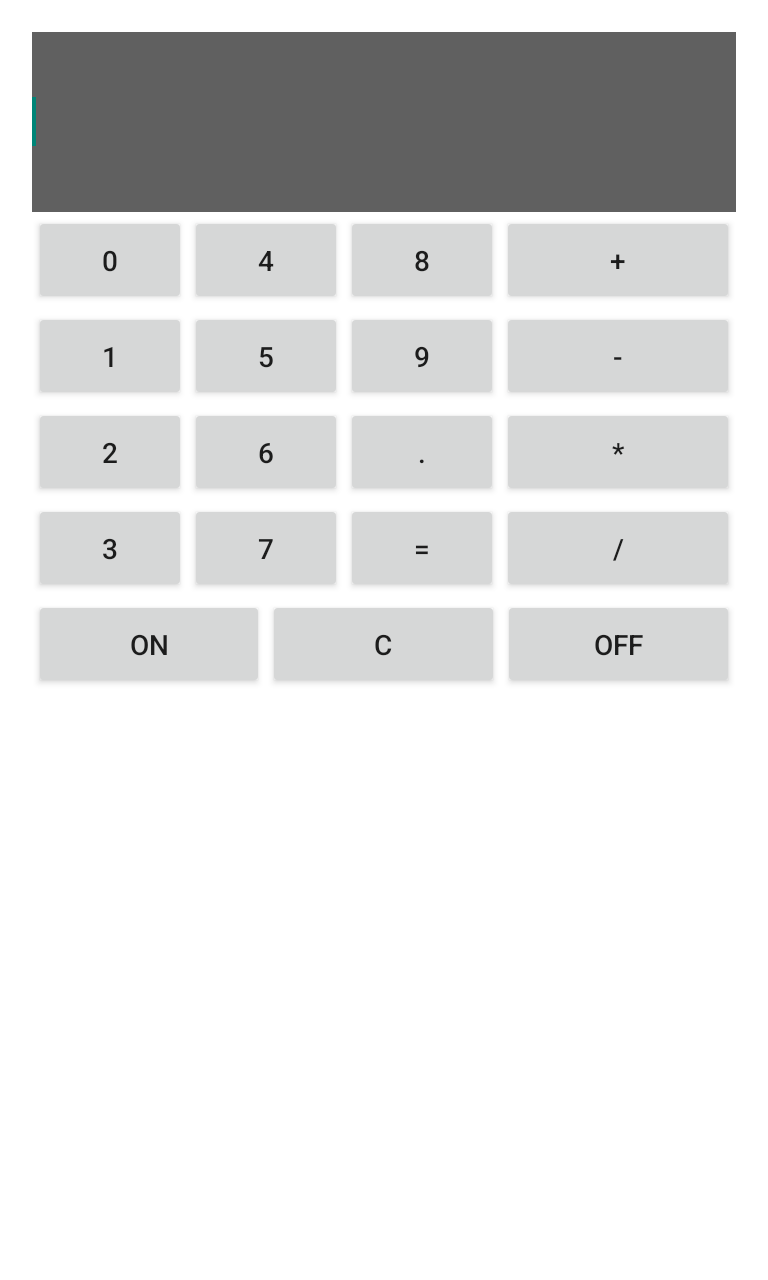
Repository: roopasree/new-pgm
Layout: Newapp/res/layout/ctivity3_main.xml
An editor plug-in stored every save of this project. The layout is shown before and after the next save, followed by the edit.
It is drawn on a 768 x 1280 px phone screen (xhdpi) without system bars, with theme AppTheme; the app's code is not run.

Above is the layout before, as saved 2015-02-16 06:55:05.

### Newapp/res/layout/ctivity3_main.xml
<RelativeLayout xmlns:android="http://schemas.android.com/apk/res/android"
    xmlns:tools="http://schemas.android.com/tools"
    android:layout_width="match_parent"
    android:layout_height="match_parent"
    android:background="#ffffff"
    android:paddingBottom="@dimen/activity_vertical_margin"
    android:paddingLeft="@dimen/activity_horizontal_margin"
    android:paddingRight="@dimen/activity_horizontal_margin"
    android:paddingTop="@dimen/activity_vertical_margin"
    tools:context="com.example.newapp.MainActivity" >

    <EditText
        android:id="@+id/editText1"
        android:layout_width="match_parent"
        android:layout_height="90dp"
        android:background="#606060"
        android:ems="10" >

        <requestFocus />
    </EditText>

    <LinearLayout
        android:id="@+id/linearLayout1"
        android:layout_width="match_parent"
        android:layout_height="wrap_content"
        android:layout_alignLeft="@+id/editText1"
        android:layout_below="@+id/editText1"
        android:weightSum="4.0" >

        <LinearLayout
            android:layout_width="wrap_content"
            android:layout_height="match_parent"
            android:layout_weight="1.0"
            android:orientation="vertical"
            android:weightSum="4.0" >

            <Button
                android:id="@+id/button1"
                style="?android:attr/buttonStyleSmall"
                android:layout_width="match_parent"
                android:layout_height="wrap_content"
                android:layout_weight="1.0"
                android:text="0" />

            <Button
                android:id="@+id/button2"
                style="?android:attr/buttonStyleSmall"
                android:layout_width="match_parent"
                android:layout_height="wrap_content"
                android:layout_weight="1.0"
                android:text="1" />

            <Button
                android:id="@+id/button3"
                style="?android:attr/buttonStyleSmall"
                android:layout_width="match_parent"
                android:layout_height="wrap_content"
                android:layout_weight="1.0"
                android:text="2" />

            <Button
                android:id="@+id/button4"
                style="?android:attr/buttonStyleSmall"
                android:layout_width="match_parent"
                android:layout_height="wrap_content"
                android:layout_weight="1.0"
                android:text="3" />
        </LinearLayout>

        <LinearLayout
            android:layout_width="wrap_content"
            android:layout_height="match_parent"
            android:layout_weight="1.0"
            android:orientation="vertical"
            android:weightSum="4.0" >

            <Button
                android:id="@+id/button5"
                style="?android:attr/buttonStyleSmall"
                android:layout_width="match_parent"
                android:layout_height="wrap_content"
                android:layout_weight="1.0"
                android:text="4" />

            <Button
                android:id="@+id/button6"
                style="?android:attr/buttonStyleSmall"
                android:layout_width="match_parent"
                android:layout_height="wrap_content"
                android:layout_weight="1.0"
                android:text="5" />

            <Button
                android:id="@+id/button7"
                style="?android:attr/buttonStyleSmall"
                android:layout_width="match_parent"
                android:layout_height="wrap_content"
                android:layout_weight="1.0"
                android:text="6" />

            <Button
                android:id="@+id/button8"
                style="?android:attr/buttonStyleSmall"
                android:layout_width="match_parent"
                android:layout_height="wrap_content"
                android:layout_weight="1.0"
                android:text="7" />
        </LinearLayout>

        <LinearLayout
            android:layout_width="wrap_content"
            android:layout_height="match_parent"
            android:layout_weight="1.0"
            android:orientation="vertical"
            android:weightSum="4.0" >

            <Button
                android:id="@+id/button9"
                style="?android:attr/buttonStyleSmall"
                android:layout_width="match_parent"
                android:layout_height="wrap_content"
                android:text="8" />

            <Button
                android:id="@+id/button10"
                style="?android:attr/buttonStyleSmall"
                android:layout_width="match_parent"
                android:layout_height="wrap_content"
                android:text="9" />

            <Button
                android:id="@+id/button11"
                style="?android:attr/buttonStyleSmall"
                android:layout_width="match_parent"
                android:layout_height="wrap_content"
                android:text="." />

            <Button
                android:id="@+id/button12"
                style="?android:attr/buttonStyleSmall"
                android:layout_width="match_parent"
                android:layout_height="wrap_content"
                android:text="=" />
        </LinearLayout>

        <LinearLayout
            android:layout_width="wrap_content"
            android:layout_height="match_parent"
            android:layout_weight="1.0"
            android:orientation="vertical" >

            <Button
                android:id="@+id/button13"
                android:layout_width="match_parent"
                android:layout_height="wrap_content"
                android:text="+" />

            <Button
                android:id="@+id/button14"
                android:layout_width="match_parent"
                android:layout_height="wrap_content"
                android:text="-" />

            <Button
                android:id="@+id/button15"
                android:layout_width="match_parent"
                android:layout_height="wrap_content"
                android:text="*" />

            <Button
                android:id="@+id/button16"
                android:layout_width="match_parent"
                android:layout_height="wrap_content"
                android:text="/" />
        </LinearLayout>
    </LinearLayout>

    <LinearLayout
        android:layout_width="match_parent"
        android:layout_height="wrap_content"
        android:layout_alignLeft="@+id/linearLayout1"
        android:layout_below="@+id/linearLayout1"
        android:weightSum="3.0" >

        <Button
            android:id="@+id/button17"
            android:layout_width="wrap_content"
            android:layout_height="wrap_content"
            android:layout_weight="1.0"
            android:text="ON" />

        <Button
            android:id="@+id/button18"
            android:layout_width="wrap_content"
            android:layout_height="wrap_content"
            android:layout_weight="1.0"
            android:text="C" />

        <Button
            android:id="@+id/button19"
            android:layout_width="wrap_content"
            android:layout_height="wrap_content"
            android:layout_weight="1.0"
            android:text="OFF" />
    </LinearLayout>

</RelativeLayout>

Loaded but not shown: Newapp/res/values/styles.xml (common file); Newapp/res/values-v11/styles.xml (common file); Newapp/res/values-v14/styles.xml (common file); Newapp/res/values/dimens.xml (common file); Newapp/res/values-w820dp/dimens.xml (common file)

After the next save:
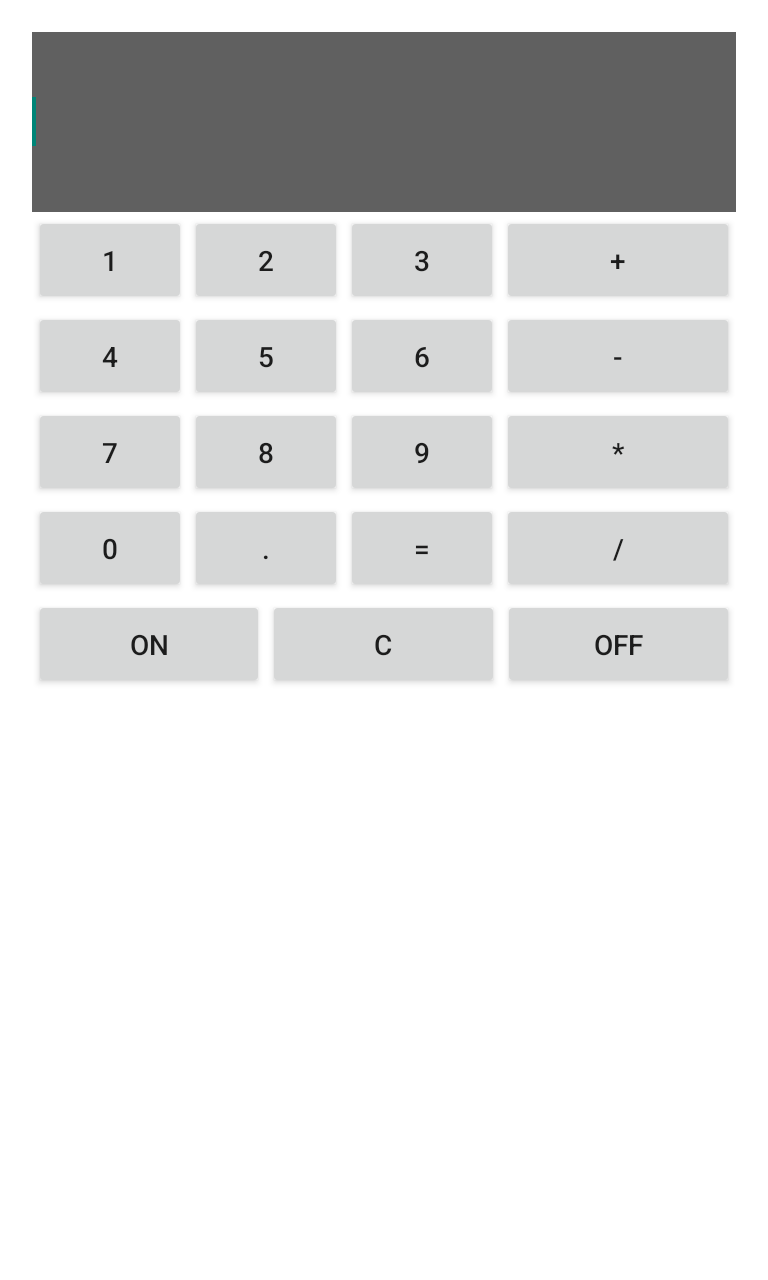
Saved 5 min 50 s later.
--- a/Newapp/res/layout/ctivity3_main.xml
+++ b/Newapp/res/layout/ctivity3_main.xml
@@ -40,31 +40,31 @@
                 android:layout_width="match_parent"
                 android:layout_height="wrap_content"
                 android:layout_weight="1.0"
+                android:text="1" />
+
+            <Button
+                android:id="@+id/button2"
+                style="?android:attr/buttonStyleSmall"
+                android:layout_width="match_parent"
+                android:layout_height="wrap_content"
+                android:layout_weight="1.0"
+                android:text="4" />
+
+            <Button
+                android:id="@+id/button3"
+                style="?android:attr/buttonStyleSmall"
+                android:layout_width="match_parent"
+                android:layout_height="wrap_content"
+                android:layout_weight="1.0"
+                android:text="7" />
+
+            <Button
+                android:id="@+id/button4"
+                style="?android:attr/buttonStyleSmall"
+                android:layout_width="match_parent"
+                android:layout_height="wrap_content"
+                android:layout_weight="1.0"
                 android:text="0" />
-
-            <Button
-                android:id="@+id/button2"
-                style="?android:attr/buttonStyleSmall"
-                android:layout_width="match_parent"
-                android:layout_height="wrap_content"
-                android:layout_weight="1.0"
-                android:text="1" />
-
-            <Button
-                android:id="@+id/button3"
-                style="?android:attr/buttonStyleSmall"
-                android:layout_width="match_parent"
-                android:layout_height="wrap_content"
-                android:layout_weight="1.0"
-                android:text="2" />
-
-            <Button
-                android:id="@+id/button4"
-                style="?android:attr/buttonStyleSmall"
-                android:layout_width="match_parent"
-                android:layout_height="wrap_content"
-                android:layout_weight="1.0"
-                android:text="3" />
         </LinearLayout>
 
         <LinearLayout
@@ -80,7 +80,7 @@
                 android:layout_width="match_parent"
                 android:layout_height="wrap_content"
                 android:layout_weight="1.0"
-                android:text="4" />
+                android:text="2" />
 
             <Button
                 android:id="@+id/button6"
@@ -96,7 +96,7 @@
                 android:layout_width="match_parent"
                 android:layout_height="wrap_content"
                 android:layout_weight="1.0"
-                android:text="6" />
+                android:text="8" />
 
             <Button
                 android:id="@+id/button8"
@@ -104,7 +104,7 @@
                 android:layout_width="match_parent"
                 android:layout_height="wrap_content"
                 android:layout_weight="1.0"
-                android:text="7" />
+                android:text="." />
         </LinearLayout>
 
         <LinearLayout
@@ -119,21 +119,21 @@
                 style="?android:attr/buttonStyleSmall"
                 android:layout_width="match_parent"
                 android:layout_height="wrap_content"
-                android:text="8" />
+                android:text="3" />
 
             <Button
                 android:id="@+id/button10"
                 style="?android:attr/buttonStyleSmall"
                 android:layout_width="match_parent"
                 android:layout_height="wrap_content"
+                android:text="6" />
+
+            <Button
+                android:id="@+id/button11"
+                style="?android:attr/buttonStyleSmall"
+                android:layout_width="match_parent"
+                android:layout_height="wrap_content"
                 android:text="9" />
-
-            <Button
-                android:id="@+id/button11"
-                style="?android:attr/buttonStyleSmall"
-                android:layout_width="match_parent"
-                android:layout_height="wrap_content"
-                android:text="." />
 
             <Button
                 android:id="@+id/button12"
